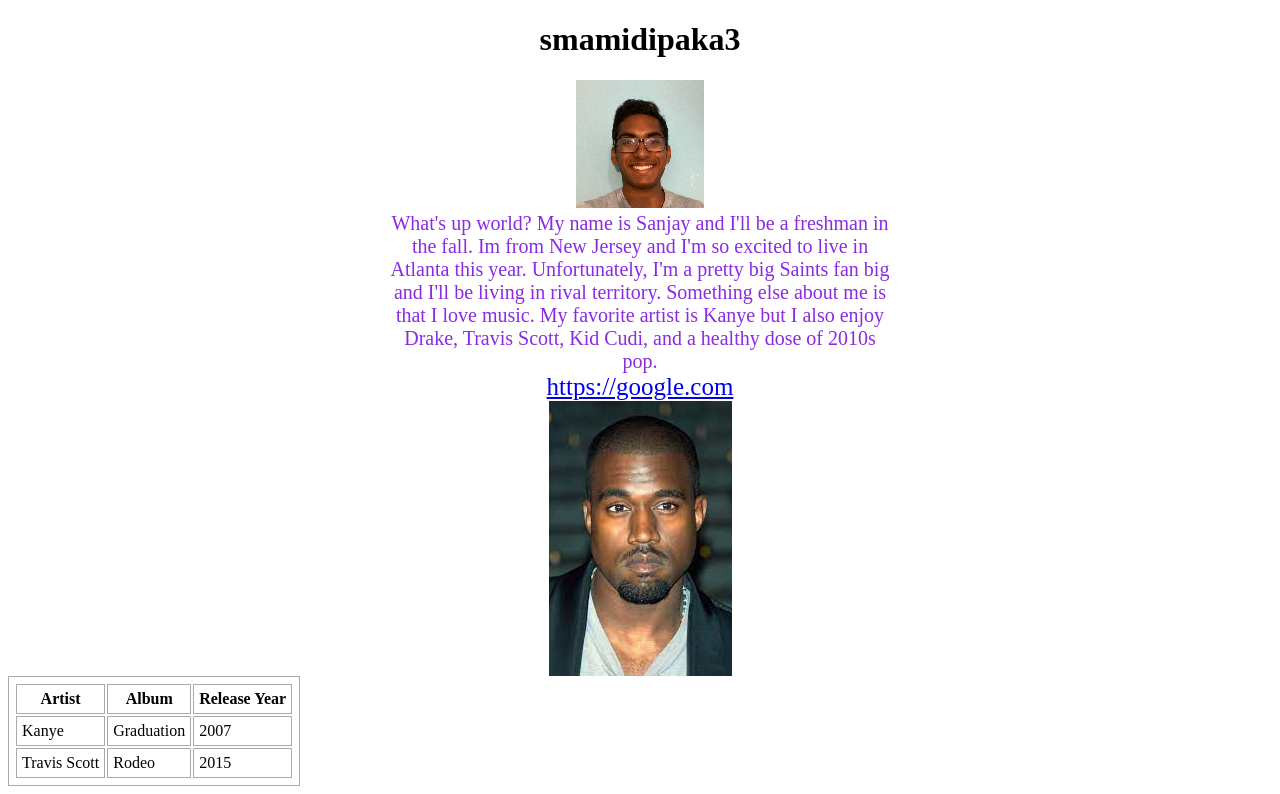
Repository: sanjayMamidipaka/cs1301
Page: lab01/index.html
An editor plug-in stored every save of this project. The page is shown before and after a run of saves, followed by the edit.
The browser window is 1280 px wide. The pictures show the whole page.

Above is the page before, as saved 2021-07-22 16:44:58.

### lab01/index.html
<!DOCTYPE html>

<head>
    <link rel="stylesheet" href="style.css">
  </head>

  <div class = "h1">
    <h1>smamidipaka3</h1>

    <img src="image.png" alt="My Picture">
    <p class = 'description'>
        What's up world? My name is Sanjay and I'll be a freshman in the fall. Im from New Jersey and I'm so excited to live in Atlanta this year.
        Unfortunately, I'm a pretty big Saints fan big and I'll be living in rival territory. Something else about me is that I love music. My favorite artist is Kanye but
        I also enjoy Drake, Travis Scott, Kid Cudi, and a healthy dose of 2010s pop.
    </p>

    <a class='link' href="https://google.com">https://google.com</a>

  </div>

  <a href="https://www.kanyewest.com/" >
    <img class='kanye' src="kanye.jpeg" alt="The GOAT's pic">
</a>

<table class='center'>
    <tr>
        <th>Artist</th>
        <th>Album</th>
        <th>Release Year</th>
    </tr>

    <tr>
        <td>Kanye</td>
        <td>Graduation</td>
        <td>2007</td>
    </tr>

    <tr>
        <td>Travis Scott</td>
        <td>Rodeo</td>
        <td>2015</td>
    </tr>
</table>

### lab01/style.css
.h1 {
    text-align: center
}

.description {
    width: 500px;
    text-align: center;
    margin: auto;
    color: blueviolet;
    font-size: 20px;
}

.link {
    font-size: 25px;
}

.kanye {
    display: block;
    margin-left: auto;
    margin-right: auto;
}

.center, th, td {
    border: 1px solid #aaaaaa;
    padding: 5px;
}

After the next 2 saves:
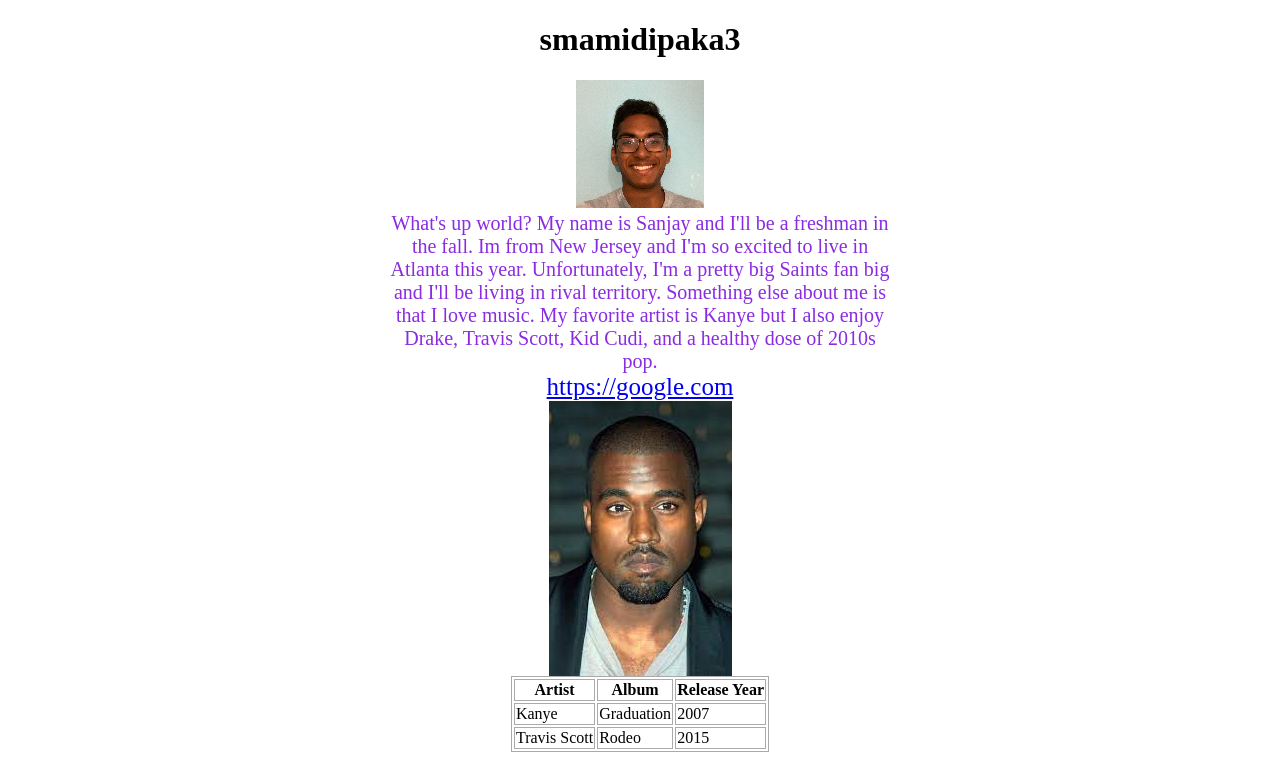
The 2 saves are shown as one change because they came seconds apart.
The last was saved 24 s later.
--- a/lab01/style.css
+++ b/lab01/style.css
@@ -22,5 +22,6 @@
 
 .center, th, td {
     border: 1px solid #aaaaaa;
-    padding: 5px;
+    margin-left: auto;
+    margin-right: auto;
 }
